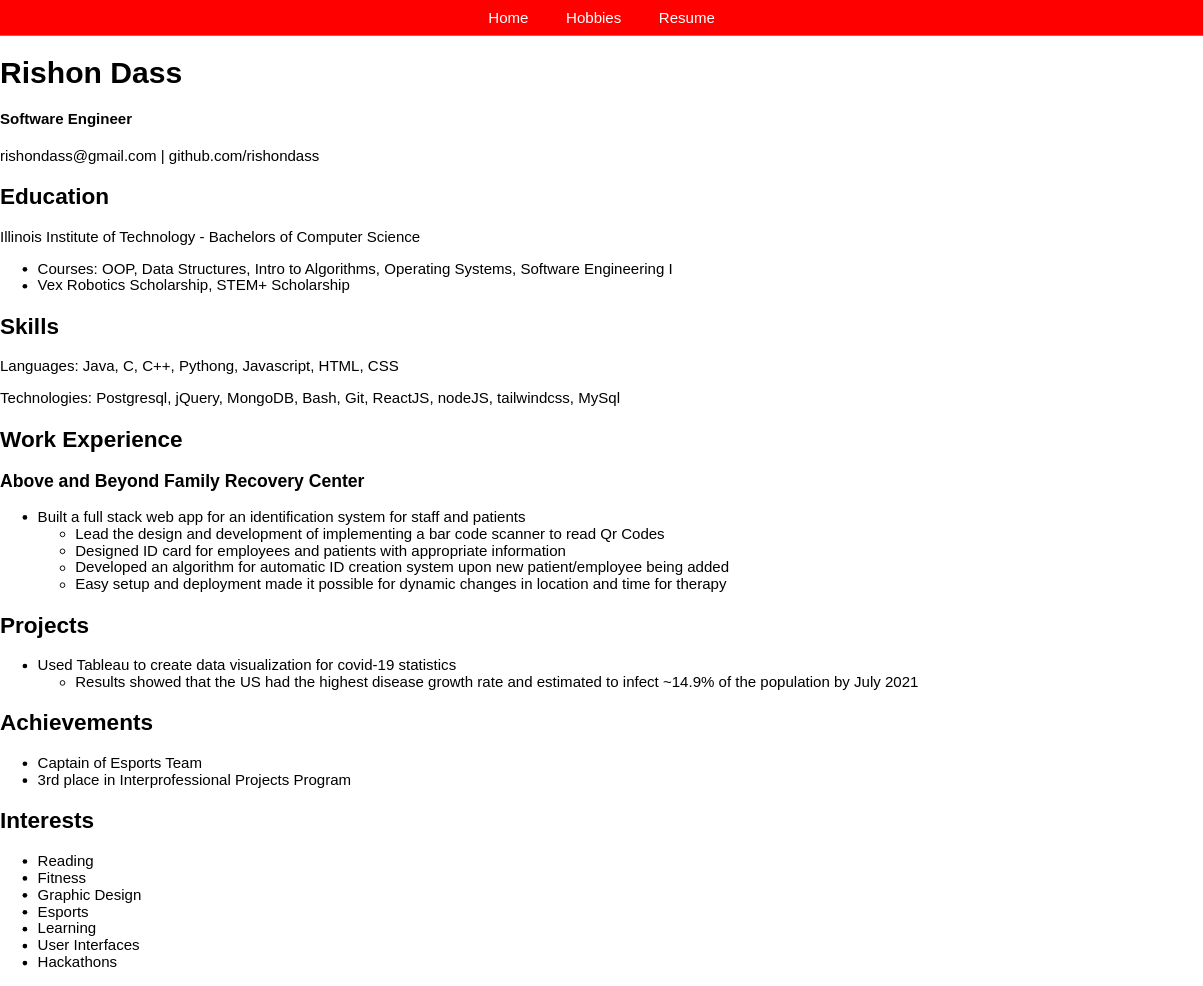
Repository: rishondass/ITMD361-Project2
Page: resume.html
The author's editor kept a copy of each file at every save. The page is drawn from the files as they stood at one save, then again after a run of saves.
The browser window is 1280 px wide. The pictures show the whole page, at 94% of full size.

Above is the page before, as saved 2023-03-07 23:33:00.

### resume.html
<!DOCTYPE html>
<html lang="en">
<head>
    <meta charset="UTF-8">
    <meta name="viewport" content="width=device-width, initial-scale=1.0">
    <link rel="stylesheet" href="css/style.css">
    <link rel="stylesheet" href="css/normalize.css">
    <title>Resume</title>
</head>
<body>
    <nav id="main-nav">
        <ul>
            <li>
                <a href="index.html">Home</a>
            </li>
            <li>
                <a href="hobbies.html">Hobbies</a>
            </li>
            <li>
                <a href="resume.html">Resume</a>
            </li>
        </ul>
    </nav>
    <div class="title">
        <h1>
            Rishon Dass
        </h1>
        <h4>
            Software Engineer
        </h4>
        <p>
            rishondass@gmail.com | github.com/rishondass
        </p>
    </div>
    <div>
        <h2>
            Education
        </h2>
        <p>
            Illinois Institute of Technology - Bachelors of Computer Science
        </p>
        <ul>
            <li>
                Courses: OOP, Data Structures, Intro to Algorithms, Operating Systems, Software Engineering I
            </li>
            <li>
                Vex Robotics Scholarship, STEM+ Scholarship
            </li>
        </ul>
    </div>
    <div>
        <h2>
            Skills
        </h2>
        <p>
            Languages: Java, C, C++, Pythong, Javascript, HTML, CSS
        </p>
        <p>
            Technologies: Postgresql, jQuery, MongoDB, Bash, Git, ReactJS, nodeJS, tailwindcss, MySql
        </p>
    </div>
    <div>
        <h2>
            Work Experience
        </h2>
        <h3>
            Above and Beyond Family Recovery Center
        </h3>
        <ul>
            <li>
                Built a full stack web app for an identification system for staff and patients
                <ul>
                    <li>
                        Lead the design and development of implementing a bar code scanner to read Qr Codes
                    </li>
                    <li>
                        Designed ID card for employees and patients with appropriate information
                    </li>
                    <li>
                        Developed an algorithm for automatic ID creation system upon new patient/employee being added
                    </li>
                    <li>
                        Easy setup and deployment made it possible for dynamic changes in location and time for therapy
                    </li>
                </ul>
            </li>
        </ul>
    </div>

    <div>
        <h2>
            Projects
        </h2>
        <ul>
            <li>
                Used Tableau to create data visualization for covid-19 statistics
                <ul>
                    <li>
                        Results showed that the US had the highest disease growth rate and estimated to infect ~14.9% of the
                        population by July 2021
                    </li>
                </ul>
            </li>
        </ul>
    </div>
    <div>
        <h2>
            Achievements
        </h2>
        <ul>
            <li>
                Captain of Esports Team
            </li>
            <li>
                3rd place in Interprofessional Projects Program
            </li>
        </ul>
    </div>
    <div>
        <h2>
            Interests
        </h2>

        <ul>
            <li>
                Reading
            </li>
            <li>
                Fitness
            </li>
            <li>
                Graphic Design
            </li>
            <li>
                Esports
            </li>
            <li>
                Learning
            </li>
            <li>
                User Interfaces
            </li>
            <li>
                Hackathons
            </li>
        </ul>

    </div>
</body>
</html>

### css/style.css
#main-nav{
    background-color: red;
    overflow: hidden;
}

#main-nav ul{
    list-style-type: none;
    padding: 0;
    margin: 0;
    display: flex;
    justify-content: center;
}

#main-nav a{
   display: block;
   padding: 10px 20px;
   text-decoration: none;
   color: white;
}


#main-nav a:hover{
    background-color: rgb(255, 255, 255);
    color:black;
}

#main-container{
    margin: 20px;
}

/*
To be added
#hero-section{
    width: 100%;
    height: 100vh;
    background-color:rgb(15, 92, 207);
} */

#title{
    text-align: center;
}

#about-section{

}

#main-container div{
    margin: 1rem;
    border-radius: 1rem;
    padding: 1rem;
    background-color:rgb(245, 244, 244);
}

Loaded but not shown: css/normalize.css (library)

After the next 2 saves:
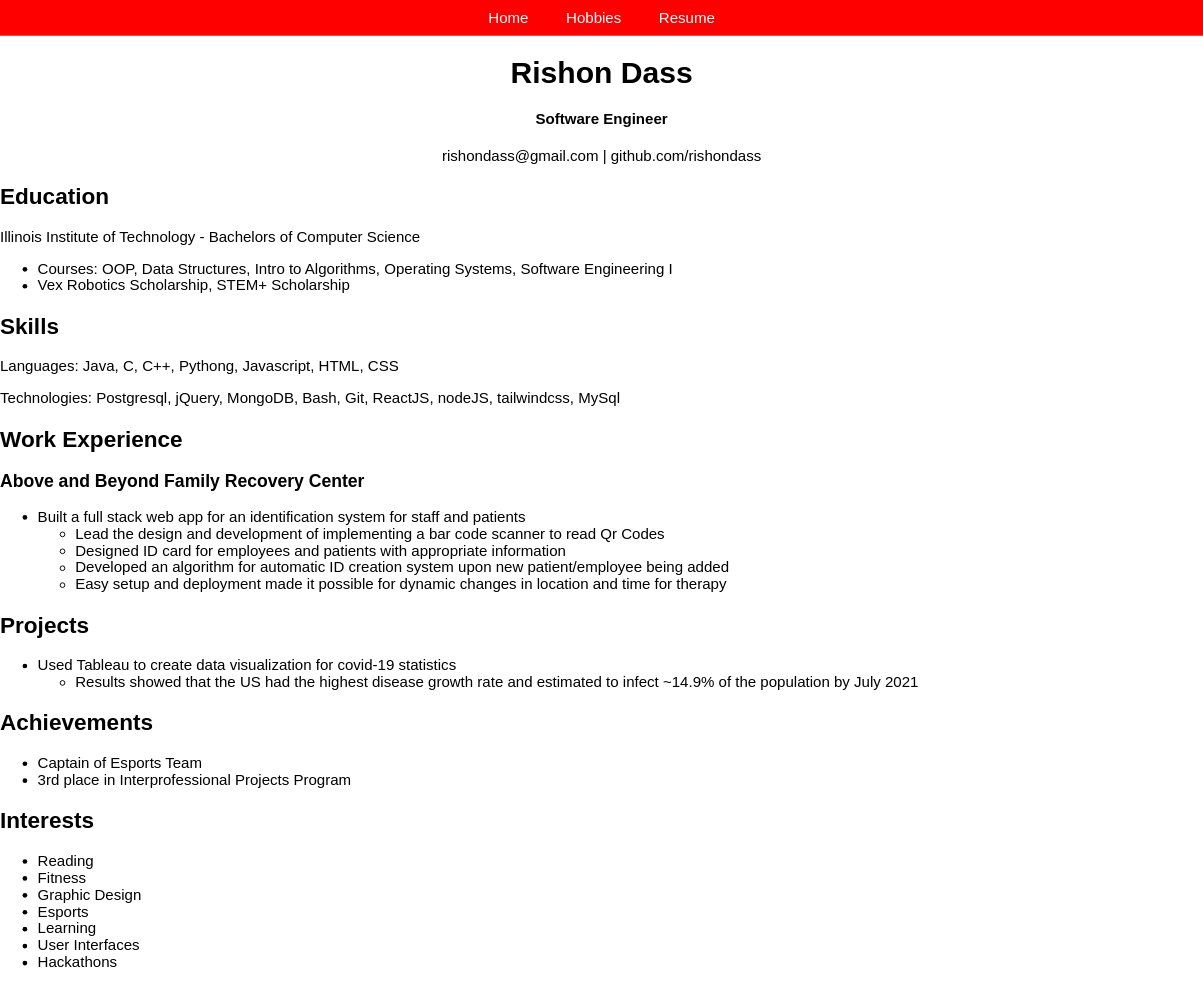
The 2 saves are shown as one change because they came seconds apart.
The last was saved 7 s later.
--- a/resume.html
+++ b/resume.html
@@ -21,7 +21,7 @@
             </li>
         </ul>
     </nav>
-    <div class="title">
+    <div id="title">
         <h1>
             Rishon Dass
         </h1>
